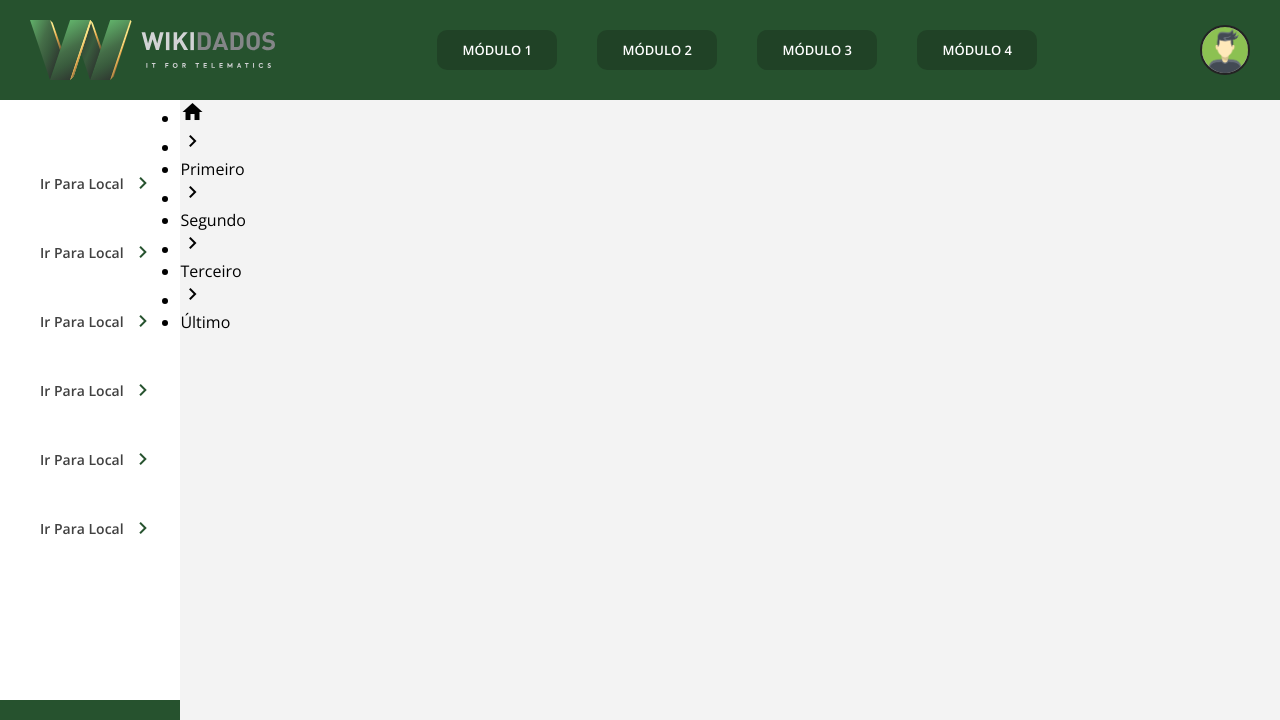
Repository: AlexDjon/alexdjon.github.io
Page: wiki-relayout/index.html
These files come from the project's save history. The page is drawn as it stood at one moment and after the next save; the edit follows.
The browser window is 1280 px wide. The pictures show the whole page.

Above is the page before, as saved 2020-08-12 15:45:32.

### wiki-relayout/index.html
<!DOCTYPE html>
<html lang="pt-br">

<head>
  <meta charset="UTF-8">
  <meta name="viewport" content="width=device-width, initial-scale=1.0">
  <title>Wiki - Relayout</title>

  <link rel="shotcut icon" href="https://wikidados.com.br/assets/wiki/img/logos/favicon.ico">
  <link href="https://fonts.googleapis.com/icon?family=Material+Icons" rel="stylesheet">
  <link href="https://fonts.googleapis.com/css2?family=Open+Sans:wght@400;600;700&display=swap" rel="stylesheet">
  <link rel="stylesheet" href="css/styles.css">
</head>

<body>
  <header class="cabecalho">
    <img src="img/logo.svg" alt="Logo Wiki" class="logo">

    <div class="modulos">
      <button>Módulo 1</button>
      <button>Módulo 2</button>
      <button>Módulo 3</button>
      <button>Módulo 4</button>
    </div>

    <button class="user">
    </button>
  </header>

  <aside class="areas">
    <ul>
      <li><i class="material-icons">donut_large</i> Editar perfil</li>
      <li><i class="material-icons">grade</i> Favoritos</li>
      <li><i class="material-icons">history</i> Histórico</li>
      <li><i class="material-icons">power_settings_new</i> Sair</li>
    </ul>
  </aside>

  <main class="conteudo">
    <nav class="navbar">
      <ul class="menu">
        <li>Ir para local <i class="material-icons">chevron_right</i></li>
        <li>Ir para local <i class="material-icons">chevron_right</i></li>
        <li>Ir para local <i class="material-icons">chevron_right</i></li>
        <li>Ir para local <i class="material-icons">chevron_right</i></li>
        <li>Ir para local <i class="material-icons">chevron_right</i></li>
        <li>Ir para local <i class="material-icons">chevron_right</i></li>
      </ul>
    </nav>

    <div class="meio">
      <!-- <div class="barra">
        <div>
          <span><i class="material-icons">home</i></span>
        </div>
        <div id="separator">
          <span><i class="material-icons">chevron_right</i></span>
        </div>
        <div>
          <span>Primeiro</span>
        </div>
        <div id="separator">
          <span><i class="material-icons">chevron_right</i></span>
        </div>
        <div>
          <span>Segundo</span>
        </div>
        <div id="separator">
          <span><i class="material-icons">chevron_right</i></span>
        </div>
        <div>
          <span>Último</span>
        </div>
      </div> -->

      <ul class="caminho">
        <li>
          <i class="material-icons">home</i>
        </li>
        <li>
          <i class="material-icons">chevron_right</i>
        </li>
        <li>
          Primeiro
        </li>
        <li>
          <i class="material-icons">chevron_right</i>
        </li>
        <li>
          Segundo
        </li>
        <li>
          <i class="material-icons">chevron_right</i>
        </li>
        <li>
          Terceiro
        </li>
        <li>
          <i class="material-icons">chevron_right</i>
        </li>
        <li>
          Último
        </li>
      </ul>
    </div>

  </main>

  <script src="js/scripts.js"></script>
</body>

</html>

### wiki-relayout/css/styles.css
* {
  padding: 0;
  margin: 0;
  font-weight: 100%;
  font-family: 'Open Sans', sans-serif;
  border: 0;
  outline: 0;
  box-sizing: border-box;
}

body {
  background: #f3f3f3;
}

:root {
  --verdeW: #26522e;
  --verdeW2: #204226;
  --verdeW-semi: #b7d3bd;
  --verde: #32a852;
  --black: #232323;
  --black2: #414141;
  --white: #ffffff;
  --grey: #3b3b3b;
  --shadow: -4px 4px 8px 0px rgba(10, 10, 10, 0.27);
}

/* CABECALHO */
.cabecalho {
  width: 100%;
  height: 100px;
  background: var(--verdeW);
  padding: 10px 30px;
  display: flex;
  justify-content: space-between;
  align-items: center;
}

.cabecalho .logo {
  height: 60px;
}

.cabecalho .modulos {
  display: flex;
}
.cabecalho .modulos button {
  margin: 0 20px;
  width: 120px;
  height: 40px;
  border-radius: 10px;
  background-color: var(--verdeW2);
  color: var(--white);
  font-size: 13px;
  text-transform: uppercase;
  font-weight: 600;
  cursor: pointer;
  transition: filter 0.3s;
}
.cabecalho .modulos button:hover {
  filter: brightness(90%);
}
.cabecalho .user {
  height: 50px;
  width: 50px;
  border-radius: 50%;
  border: solid 2px var(--black);

  background-image: url(../img/avatar1.png);
  background-size: cover;
  background-position: center center;

  cursor: pointer;
}

/* AREAS */
.areas {
  display: none;
  min-width: 150px;
  position: absolute;
  top: 100px;
  right: 0;
  background-color: var(--white);
  box-shadow: var(--shadow);
}
.areas.ativo {
  display: block;
}
.areas ul {
  list-style: none;
  padding: 15px 20px;
}
.areas ul li {
  margin: 12px 0;
  font-size: 14px;
  color: var(--black2);

  display: flex;
  justify-content: flex-start;
  align-items: center;
  transition: color 0.3s;
  cursor: pointer;
}
.areas ul li:hover {
  color: var(--black);
}
.areas ul li i {
  margin-right: 8px;
  font-size: 17px;
  color: var(--verdeW);
}


/* NAVBAR */
.navbar {
  width: 210px;
  height: calc(100vh - 100px);
  background: var(--white);
  border-bottom: solid 20px var(--verdeW);
}
.navbar .menu {
  padding: 50px 0 50px 30px;
  display: flex;
  flex-direction: column;
  justify-content: flex-start;
  align-items: flex-start;
  list-style: none;
}
.navbar .menu li {
  margin: 14px 0;
  text-transform: capitalize;
  font-weight: 600;
  color: var(--black2);
  font-size: 14px;
  padding: 7px 3px 10px 10px;
  /* border-bottom: solid 1px var(--white);
  border-radius: 0 0 5px 0; */

  display: flex;
  justify-content: space-between;
  align-items: center;

  cursor: pointer;
}
.navbar .menu li i {
  margin-left: 7px;
  color: var(--black2);
}
.navbar .menu li i {
  color: var(--verdeW);
}


/* CONTEUDO */
.conteudo {
  width: 100%;
  height: calc(100vh - 100px);

  display: flex;
}

.meio {
  width: 100%;
  display: flex;
  flex-direction: column;
}

.meio .barra {
  width: 100%;
  margin-bottom: 10px;
  height: 35px;
  background-color: var(--verdeW-semi);

  display: flex;
  align-items: center;
}
.meio .barra div#separator span i {
  margin: 0 5px;
  color: var(--verdeW);
}
.meio .barra .caminho {
  display: flex;
  list-style: none;
}

### wiki-relayout/js/scripts.js
function getItem(info) {
  return document.querySelector(info)
}

getItem('.user').addEventListener('click', () => {
  getItem('.areas').classList.toggle('ativo')
})

After the next save:
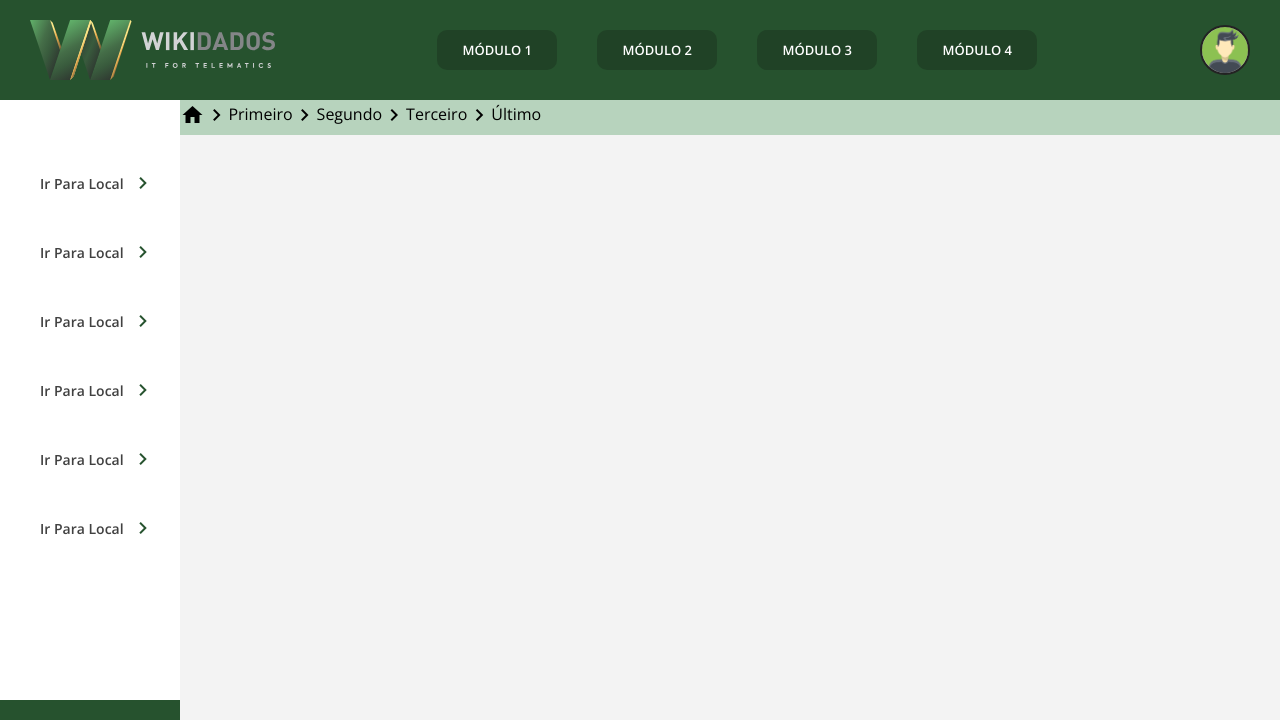
Saved 29 s later.
--- a/wiki-relayout/index.html
+++ b/wiki-relayout/index.html
@@ -73,35 +73,39 @@
         </div>
       </div> -->
 
-      <ul class="caminho">
-        <li>
-          <i class="material-icons">home</i>
-        </li>
-        <li>
-          <i class="material-icons">chevron_right</i>
-        </li>
-        <li>
-          Primeiro
-        </li>
-        <li>
-          <i class="material-icons">chevron_right</i>
-        </li>
-        <li>
-          Segundo
-        </li>
-        <li>
-          <i class="material-icons">chevron_right</i>
-        </li>
-        <li>
-          Terceiro
-        </li>
-        <li>
-          <i class="material-icons">chevron_right</i>
-        </li>
-        <li>
-          Último
-        </li>
-      </ul>
+      <div class="barra">
+        <ul class="caminho">
+          <li>
+            <i class="material-icons">home</i>
+          </li>
+          <li>
+            <i class="material-icons">chevron_right</i>
+          </li>
+          <li>
+            Primeiro
+          </li>
+          <li>
+            <i class="material-icons">chevron_right</i>
+          </li>
+          <li>
+            Segundo
+          </li>
+          <li>
+            <i class="material-icons">chevron_right</i>
+          </li>
+          <li>
+            Terceiro
+          </li>
+          <li>
+            <i class="material-icons">chevron_right</i>
+          </li>
+          <li>
+            Último
+          </li>
+        </ul>
+
+      </div>
+
     </div>
 
   </main>
